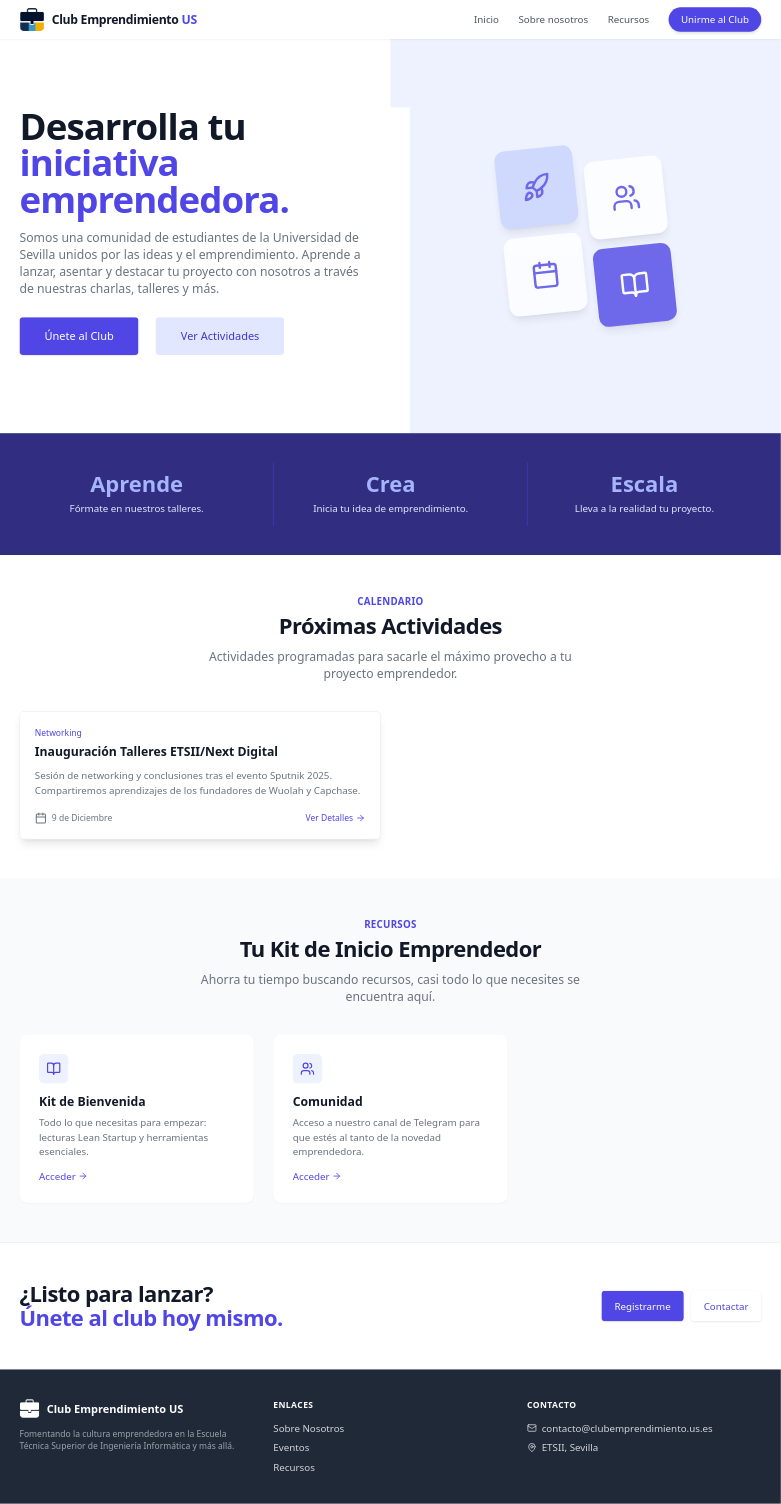
Repository: enerombar/club-emprendimiento-web
Page: /
These files come from the project's save history. The page is drawn as it stood at one moment and after a run of saves; the edit follows.
The browser window is 1280 px wide. The pictures show the whole page, at 61% of full size.
The project was rebuilt for these pictures with package versions that can differ from the ones it lists, and the page was loaded fresh each time. Also part of the build but not shown: vite.config.js.

Above is the page before, as saved 2025-12-08 00:33:56.

After the next 3 saves:
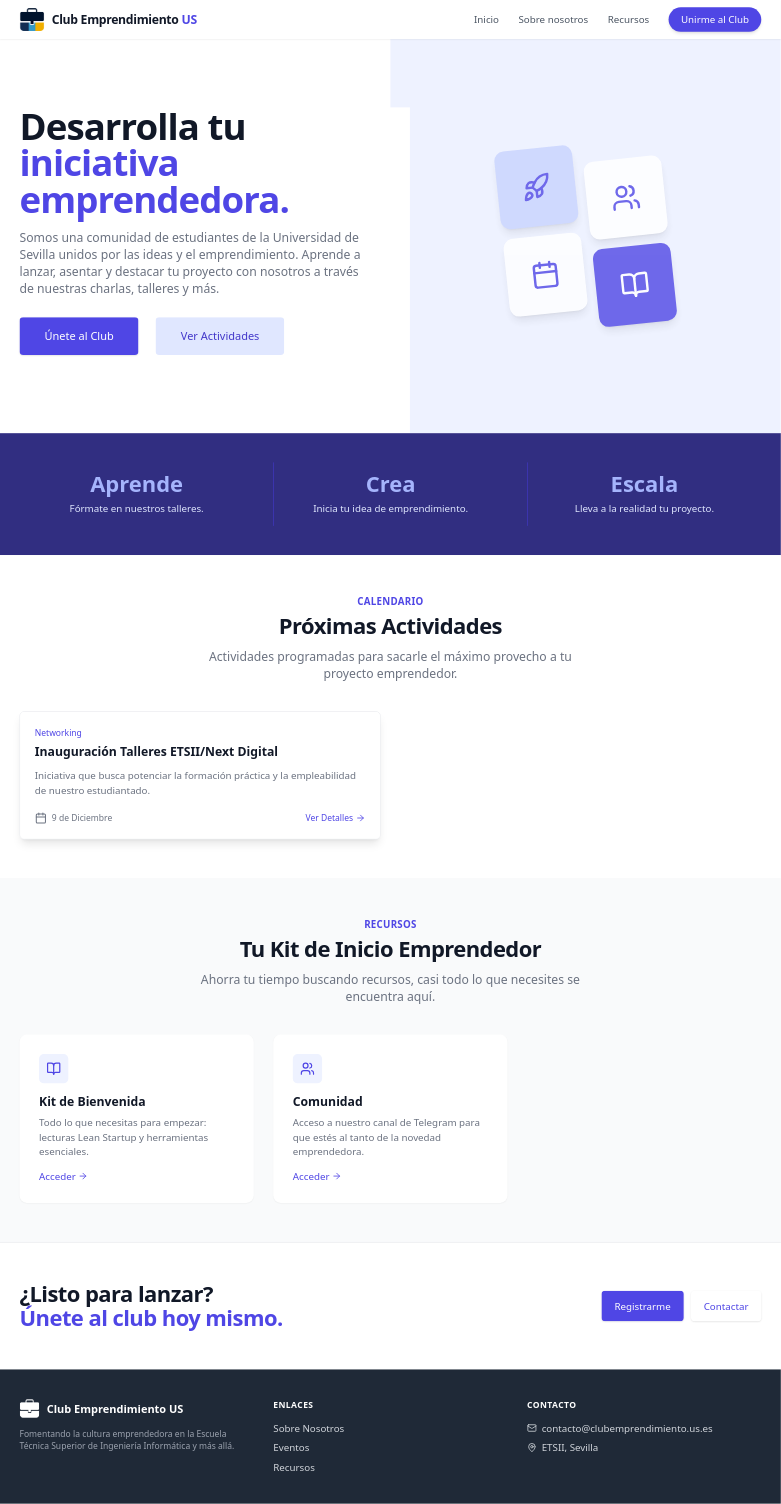
The 3 saves are shown as one change because they came seconds apart.
The last was saved 49 s later.
--- a/src/App.jsx
+++ b/src/App.jsx
@@ -15,7 +15,7 @@ const ClubEmprendimiento = () => {
       date: "9 de Diciembre",
       time: "12:30",
       location: "Sala Multiusos, ETSII",
-      description: "Sesión de networking y conclusiones tras el evento Sputnik 2025. Compartiremos aprendizajes de los fundadores de Wuolah y Capchase.",
+      description: "Iniciativa que busca potenciar la formación práctica y la empleabilidad de nuestro estudiantado.",
       fullDescription: "Una sesión exclusiva para compartir los 'insights' más potentes extraídos del Start-up Camp de Sputnik. Analizaremos las claves de crecimiento de startups sevillanas como Wuolah y debatiremos sobre las oportunidades actuales en el ecosistema emprendedor.",
       agenda: [
         "Resumen del evento Sputnik 2025",
